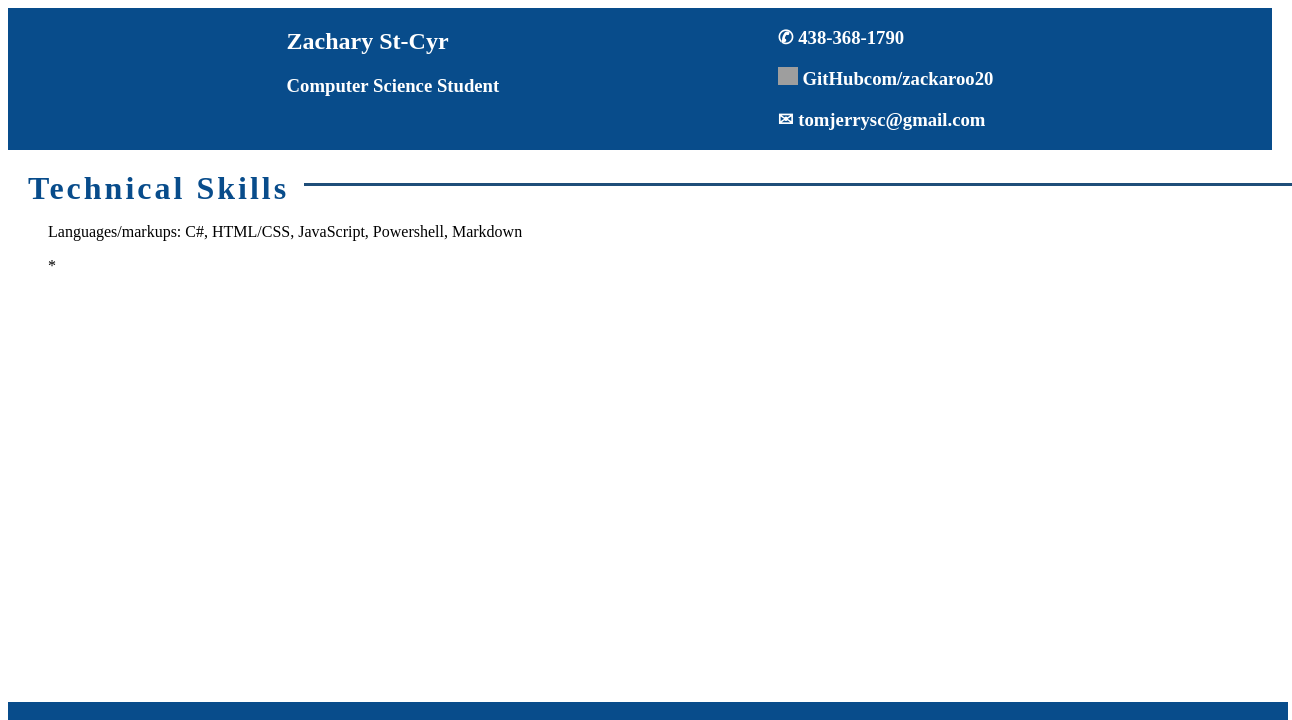
Repository: zackaroo20/Resume-CV
Page: CV.html
An editor plug-in stored every save of this project. The page is shown before and after the next save, followed by the edit.
The browser window is 1280 px wide. The page is 1292 px wide, so the pictures cover 1292 px, including what lies to the right of the window. The pictures show the whole page.
Pictures or frames that could not be fetched are drawn as grey boxes.

Above is the page before, as saved 2026-03-02 16:21:08.

After the next save:
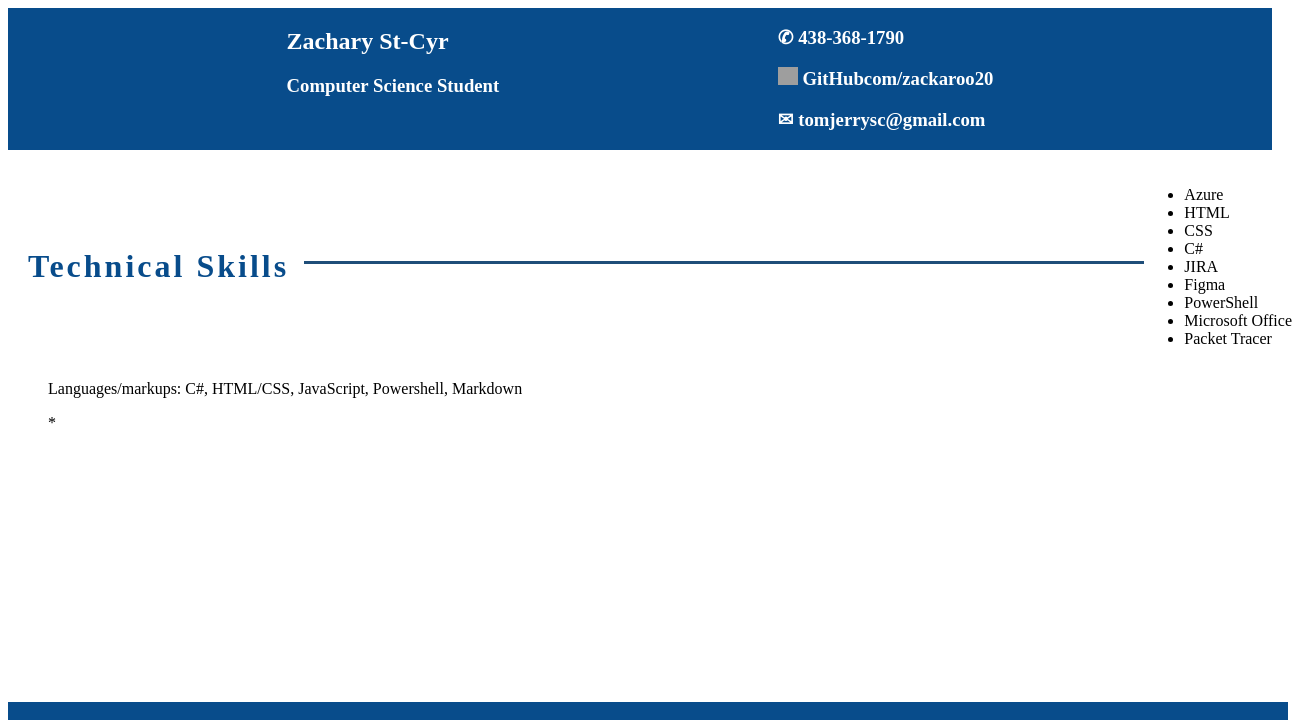
Saved 38 s later.
--- a/CV.html
+++ b/CV.html
@@ -25,6 +25,17 @@
     <div class="subdiv">
         <h1 class = "dash">Technical Skills</h1>
         <hr class="divider">
+        <ul class="skills">
+            <li>Azure</li>
+            <li>HTML</li>
+            <li>CSS</li>
+            <li>C#</li>
+            <li>JIRA</li>
+            <li>Figma</li>
+            <li>PowerShell</li>
+            <li>Microsoft Office</li>
+            <li>Packet Tracer</li>
+        </ul>
     </div>
     <div class="subdiv2">
         <ul>Languages/markups: C#, HTML/CSS, JavaScript, Powershell, Markdown</ul>
